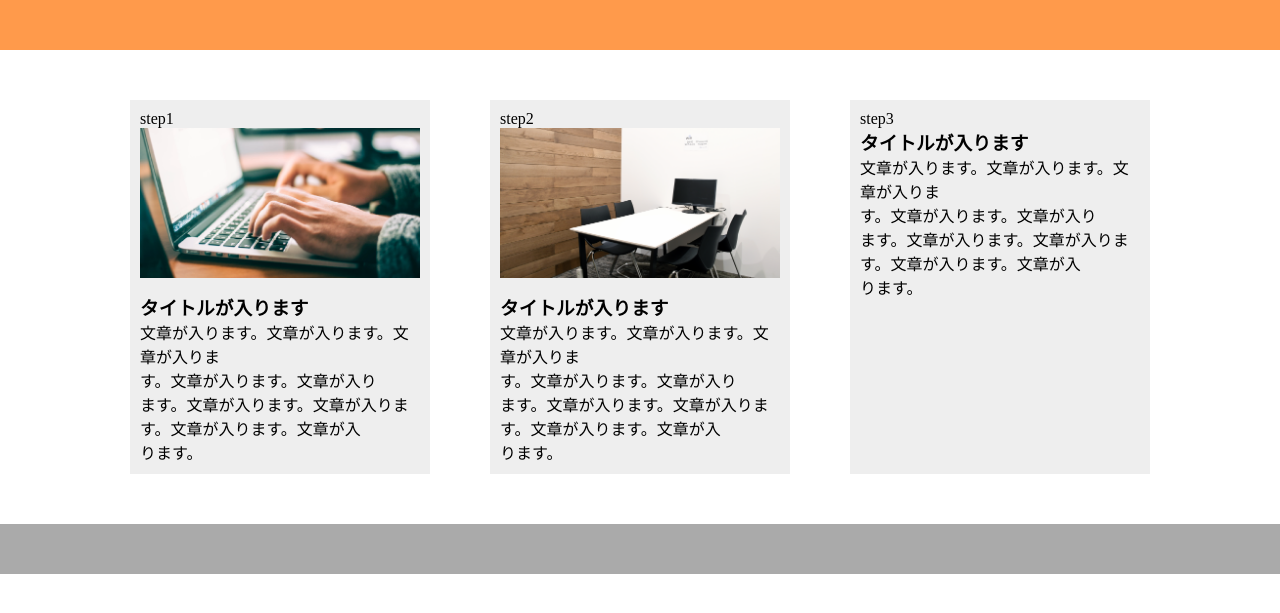
Repository: ryosei-110/HTML-CSS-
Page: 1-9exercise/1-9-2.html
The author's editor kept a record of every edit. The page is drawn from the files as they stood at one moment, then again after the next edit.
The browser window is 1280 px wide. The pictures show the whole page.

Above is the page before.

After the next edit:
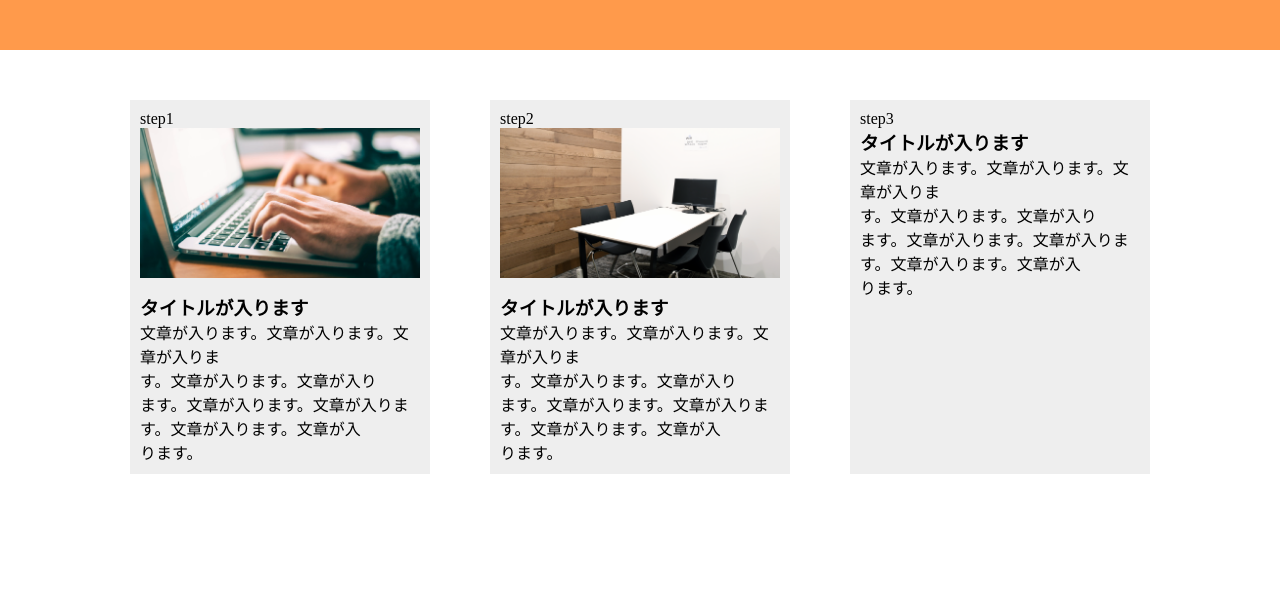
The edit:
--- a/1-9exercise/1-9-2.html
+++ b/1-9exercise/1-9-2.html
@@ -45,6 +45,6 @@
       </div>
     </main>
 
-    <div class="gray"></div>
+    <footer></footer>
   </body>
   </html>
